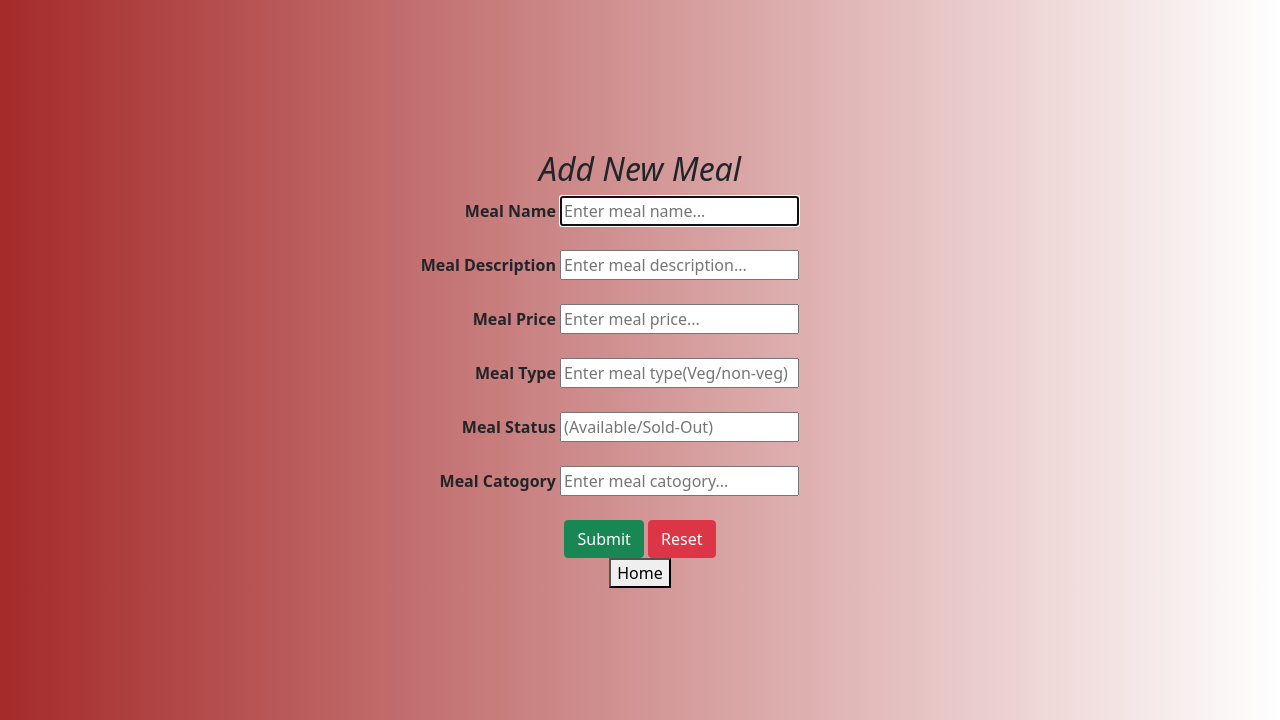
Repository: selvakumar46/Project-Maven
Page: http://localhost/ProjectKFC/InsertProduct.jsp
An editor plug-in stored every save of this project. The page is shown before and after the next save, followed by the edit.
The browser window is 1280 px wide. The pictures show the whole page.
The page is served by Tomcat 9. Nobody is signed in. The application's start-up code is not run.

Above is the page before, as saved 2022-01-12 05:08:00.

After the next save:
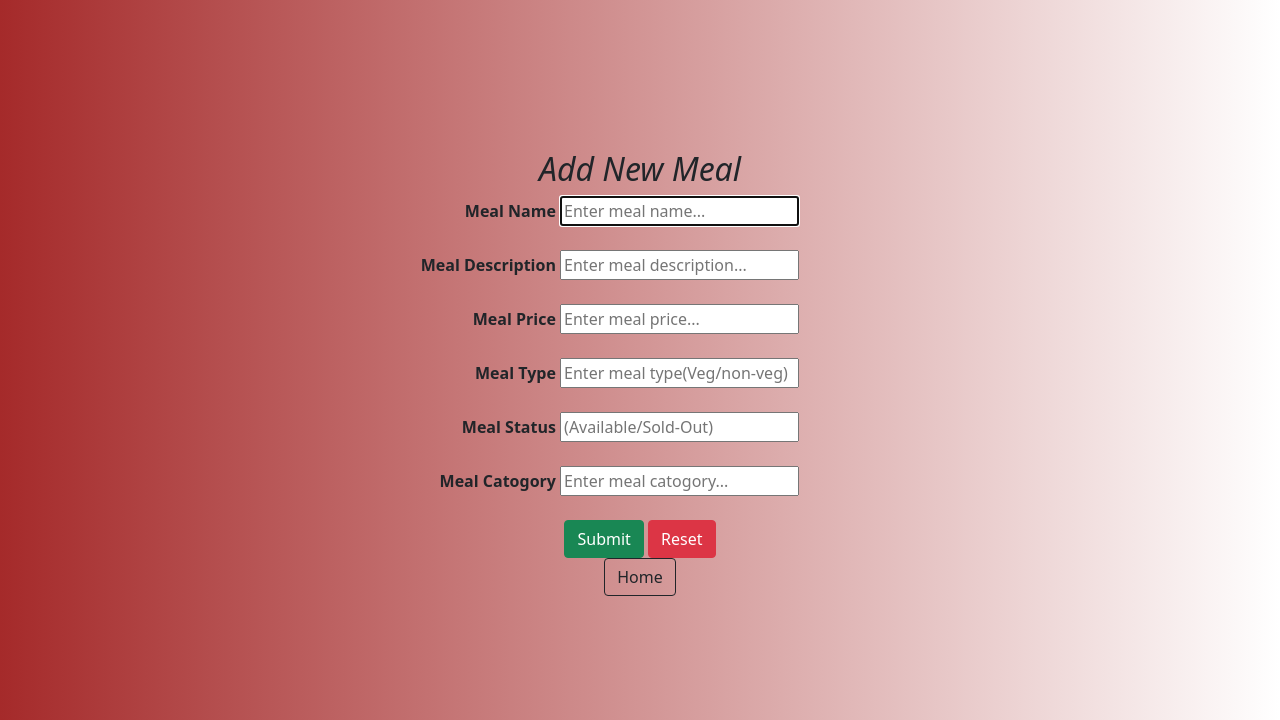
Saved 50 s later.
--- a/ProjectKFC/src/main/webapp/InsertProduct.jsp
+++ b/ProjectKFC/src/main/webapp/InsertProduct.jsp
@@ -47,7 +47,7 @@ button{
 			<button type="reset" class="btn btn-danger">Reset</button>
 			</div>
 		</form>
-		<a> <button>Home</button> </a>
+		<a> <button type="submit" class="btn btn-outline-dark">Home</button> </a>
 	</center>
 
 </body>
